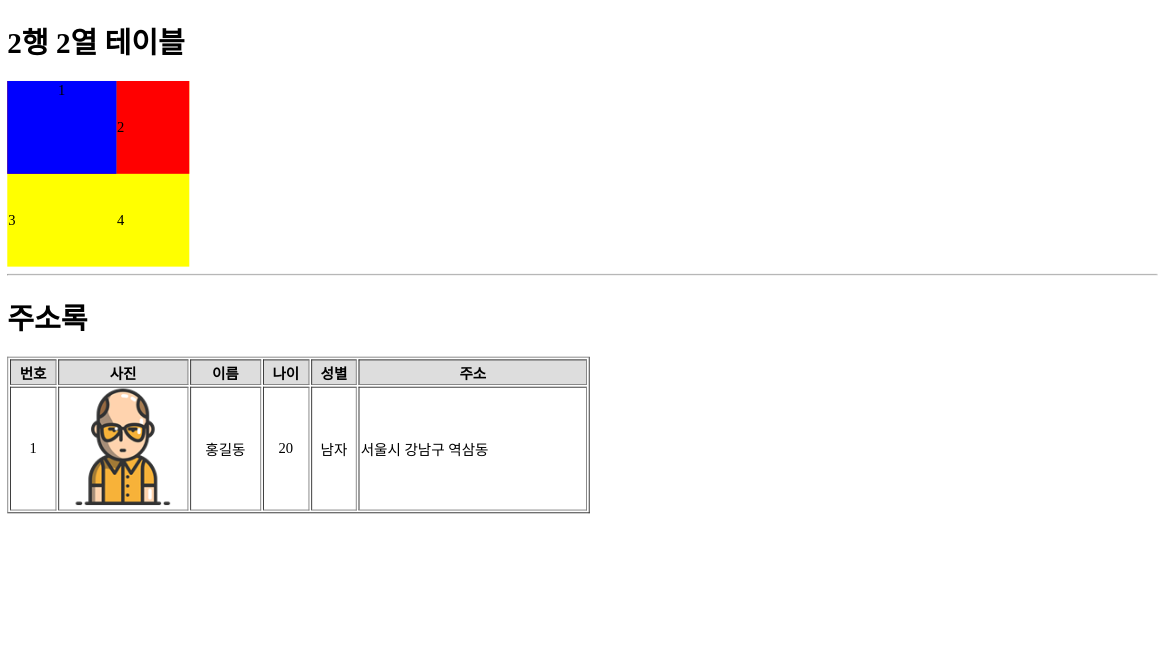
Repository: Chun0903/classStudy_github.io
Page: client/ClientTest/WebContent/ex13_table.html
These files come from the project's save history. The page is drawn as it stood at one moment and after the next save; the edit follows.
The browser window is 1280 px wide. The pictures show the whole page, at 91% of full size.

Above is the page before, as saved 2020-06-19 07:44:08.

After the next save:
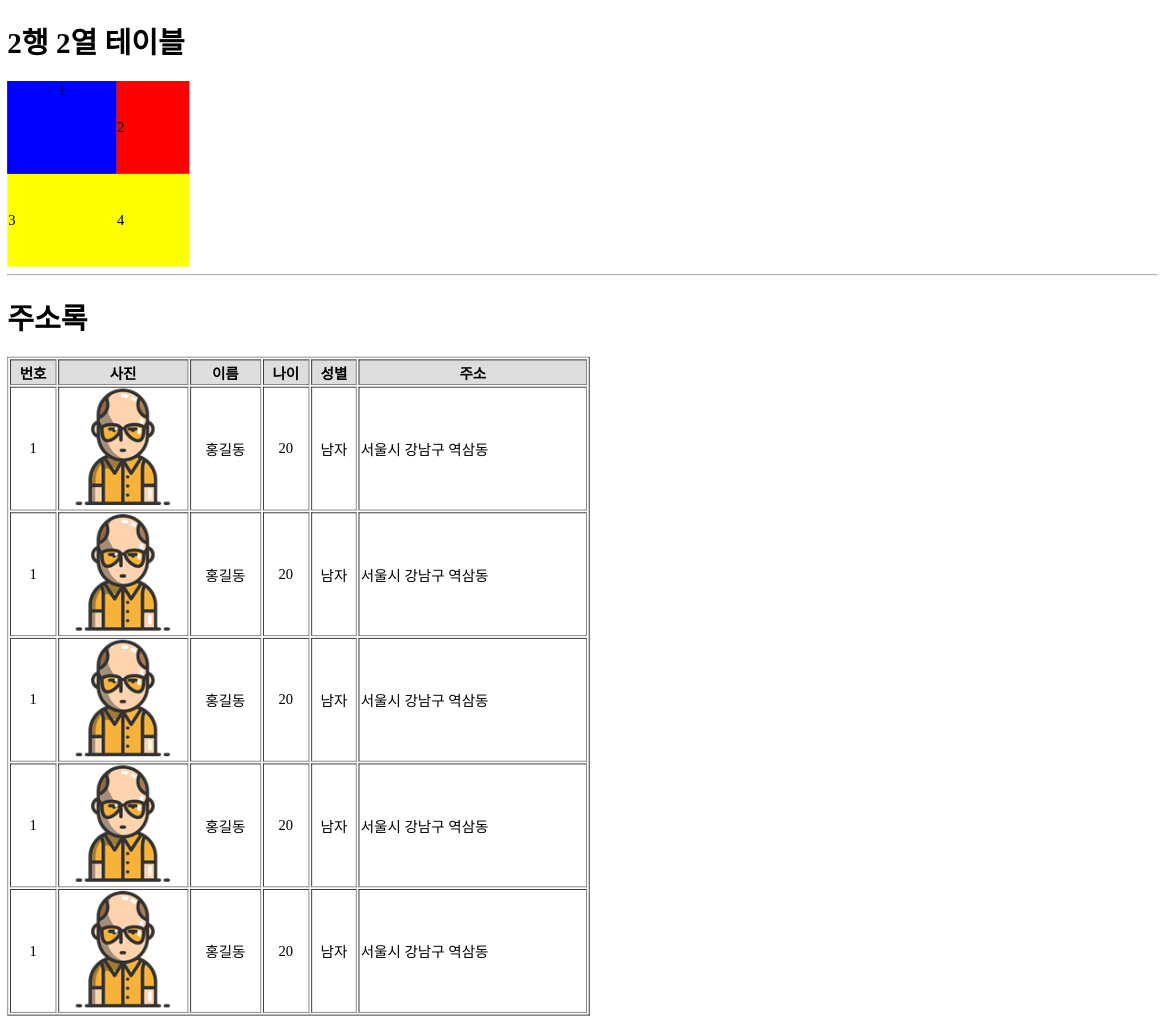
Saved 15 s later.
--- a/client/ClientTest/WebContent/ex13_table.html
+++ b/client/ClientTest/WebContent/ex13_table.html
@@ -63,6 +63,38 @@
 			<td align="center">남자</td>
 			<td>서울시 강남구 역삼동</td>
 		</tr>
+		<tr>
+			<td align="center">1</td>
+			<td align="center"><img src="images/man_01.png"></td>
+			<td align="center">홍길동</td>
+			<td align="center">20</td>
+			<td align="center">남자</td>
+			<td>서울시 강남구 역삼동</td>
+		</tr>
+		<tr>
+			<td align="center">1</td>
+			<td align="center"><img src="images/man_01.png"></td>
+			<td align="center">홍길동</td>
+			<td align="center">20</td>
+			<td align="center">남자</td>
+			<td>서울시 강남구 역삼동</td>
+		</tr>
+		<tr>
+			<td align="center">1</td>
+			<td align="center"><img src="images/man_01.png"></td>
+			<td align="center">홍길동</td>
+			<td align="center">20</td>
+			<td align="center">남자</td>
+			<td>서울시 강남구 역삼동</td>
+		</tr>
+		<tr>
+			<td align="center">1</td>
+			<td align="center"><img src="images/man_01.png"></td>
+			<td align="center">홍길동</td>
+			<td align="center">20</td>
+			<td align="center">남자</td>
+			<td>서울시 강남구 역삼동</td>
+		</tr>
 	</table>
 
 
